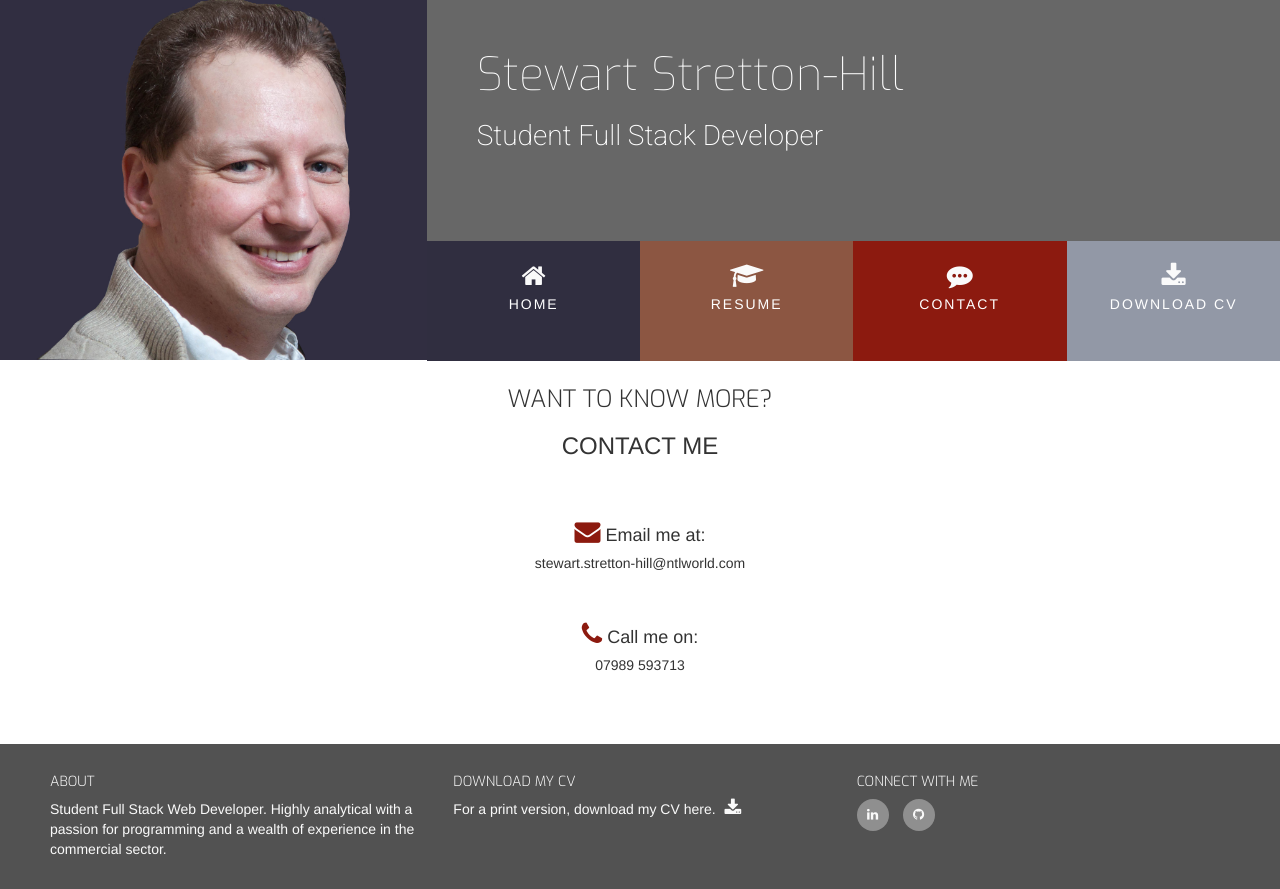
Repository: Shilldon/CV
Page: contact.html
The author's editor kept a record of every edit. The page is drawn from the files as they stood at one moment, then again after the next edit.
The browser window is 1280 px wide. The pictures show the whole page.

Above is the page before.

### contact.html
<!DOCTYPE html>
<html lang="en">

<head>
    <link rel="stylesheet" href="https://maxcdn.bootstrapcdn.com/bootstrap/3.3.7/css/bootstrap.min.css" type="text/css" />
    <link rel="stylesheet" href="https://stackpath.bootstrapcdn.com/font-awesome/4.7.0/css/font-awesome.min.css" type="text/css" />
    <link rel="stylesheet" href="https://cdnjs.cloudflare.com/ajax/libs/hover.css/2.3.1/css/hover-min.css" type="text/css" />
    <link rel="stylesheet" href="assets/css/style.css" type="text/css" />
    <meta name="viewport" content="width=device-width, initial-scale-1">
</head>

<body>
    <header class="container-fluid">
        <div class="row">
            <a href="index.html" alt="profile image">
                <div class="col-md-4 logo"></div>
            </a>
            <div class="col-md-8">
                <div class="row bg-color-name-title">
                    <div class="heading">
                        <h1 class="name">Stewart Stretton-Hill</h1>
                        <h2 class="title">Student Full Stack Developer</h2>
                    </div>
                </div>

                <div class="row">
                    <ul id="nav" class="list-inline clearfix">
                        <li class="col-xs-6 col-sm-3 ui-menu-color-home menuitem">
                            <a href="index.html" class="hvr-sweep-to-bottom"><i class="fa fa-home" aria-hidden="true"></i><span>Home</span></a>
                        </li>
                        <li class="col-xs-6 col-sm-3 ui-menu-color-resume menuitem">
                            <a href="resume.html" class="hvr-sweep-to-bottom"><i class="fa fa-graduation-cap" aria-hidden="true"></i><span>Resume</span></a>
                        </li>
                        <li class="col-xs-6 col-sm-3 ui-menu-color-contact menuitem">
                            <a href="#" class="hvr-sweep-to-bottom"><i class="fa fa-commenting" aria-hidden="true"></i><span>Contact</span></a>
                        </li>
                        <li class="col-xs-6 col-sm-3 ui-menu-color-download menuitem">
                            <a href="assets/cv/cv.pdf" target="_blank" class="hvr-sweep-to-bottom"><i class="fa fa-download" aria-hidden="true"></i><span>Download CV</span></a>
                        </li>
                    </ul>
                </div>
            </div>
        </div>
    </header>

    <section class="container-fluid">
        <div class="row bg-color-contact">
            <div>
                <h3 class="contact-heading uppercase text-center">Want to know more?</h3>
                <h3 class="uppercase text-center">Contact me</h3>
            </div>
            <div class="contact-details">
                <div class="row">
                    <div class="col-xs-10 col-xs-offset-1 text-center">

                        <h4><i class="three-reasons-icon fa fa-envelope" aria-hidden="true"></i> Email me at:</h4>
                        <h5>stewart.stretton-hill@ntlworld.com</h5>
                    </div>
                </div>
                <div class="row">
                    <div class="col-xs-10 col-xs-offset-1 text-center">

                        <h4><i class="three-reasons-icon fa fa-phone fa-2x" aria-hidden="true"></i> Call me on:</h4>
                        <h5>07989 593713</h5>
                    </div>
                </div>
            </div>
        </div>
    </section>

    <footer class="container-fluid">
        <div id="footer-details" class="row">
            <div class="col-sm-4">
                <h5 class="uppercase general-sub">About</h5>
                <p class="inline-block">
                    Student Full Stack Web Developer. Highly analytical with a passion for programming and a wealth of experience in the commercial sector.
                </p>
            </div>
            <div class="col-sm-4">
                <h5 class="uppercase general-sub">Download My CV</h5>
                <p class="inline-block">
                    For a print version, download my CV here.
                    <a href="assets/cv/cv.pdf" target="_blank" class="cv-pdf"><i class="fa fa-download" aria-hidden="true"></i></a>
                </p>
            </div>
            <div class="col-sm-4">
                <h5 class="uppercase general-sub">Connect with me</h5>
                <ul class="list-inline social-links">
                    <li><a target=".blank" href="https://www.linkedin.com/in/stewartstrettonhill/"><i class="fa fa-linkedin"></i></a></li>
                    <li><a target="_blank" href="https://github.com/Shilldon/"><i class="fa fa-github" aria-hidden="true"></i></i></a></li>
                </ul>
            </div>
        </div>

    </footer>
</body>

</html>

### assets/css/style.css
@import url('https://fonts.googleapis.com/css?family=Roboto:100,200,300,400,500,600,700|Exo:100,200,300,400,500,600,700');

/*-------------------------------------------Colors*/

.bg-color-name-title {
    background-color: #676767;
}

.bg-color-three-reasons {
    background-color: #ffffff;
}

.bg-color-personal-info {
    background-color: #f4f4f4;
}

.bg-color-work-history {
    background-color: rgb(29, 28, 38);
}

.bg-color-contact {
    background-color: #ffffff;
}

.ui-menu-color-home {
    background-color: #302E40;
}

.ui-menu-color-resume {
    background-color: #8C5642;
}

.ui-menu-color-contact {
    background-color: #8C1A0F;
}

.ui-menu-color-download {
    background-color: #9298A6;
}


/*-------------------------------------------Special Padding/Margins/Text*/

h1,
h2,
h3,
h4 {
    margin: 0;
}

.uppercase {
    text-transform: uppercase;
}

.general-sub {
    font-family: "Exo", sans-serif;
    font-weight: 300;
    color: #fafafa;
}

.inline-block {
    display: inline-block;
}

.row-table {
    display: table;
}

.history-heading,
.section-heading {
    font-family: "Exo", sans-serif;
    font-weight: 300;
    margin-top: 25px;
    margin-bottom: 40px;
}

/*-------------------------------------------Heading*/

header {
    margin: 0;
}

.heading {
    margin-left: 50px;
}

.logo {
    background: url("../images/headshot.jpg");
    background-position: center;
    background-repeat: no-repeat;
    background-size: cover;
    min-height: 360px;
    transition: all .5s ease-in-out;
    -moz-transition: all .5s ease-in-out;
    -webkit-transition: all .5s ease-in-out;
}

.name {
    font-family: "Exo", sans-serif;
    font-weight: 100;
    font-size: 46px;
    margin-top: 50px;
    color: #ffffff;
}

.title {
    font-family: "Roboto", sans-serif;
    font-weight: 200;
    font-size: 28px;
    margin-top: 20px;
    margin-bottom: 90px;
    color: #ffffff;
}

#nav {
    margin: 0;
}

#nav li {
    padding: 0;
}

.menuitem {
    height: 120px;
    text-align: center;
    padding: 0;
}

.menuitem a {
    width: 100%;
    text-decoration: none;
    color: #ffffff;
    height: 120px;
}

.menuitem a i {
    padding-top: 22px;
    display: block;
    color: #fafafa;
    font-size: 26px;
}

.menuitem span {
    display: block;
    width: 100%;
    padding-top: 5px;
    text-align: center;
    text-transform: uppercase;
    font-size: 14px;
    font-weight: 300;
    letter-spacing: 2px;
}

/*-------------------------------------------Hover.css*/

.hvr-sweep-to-bottom:before {
    background: rgba(0, 0, 0, 0.2);
    height: 120px;
}


/*-------------------------------------------Footer*/

footer {
    background-color: #525252;
    color: #fafafa;
    min-height: 120px;
    margin: 0;
}

footer .cv-pdf i {
    color: #fafafa;
    text-align: center;
    font-size: 18px;
    padding-left: 5px;
}

footer .cv-pdf i:hover {
    color: #e84610;
    transition: all 0.35s ease-in-out;
    -moz-transition: all 0.35s ease-in-out;
    -webkit-transition: all 0.35s ease-in-out;
    -o-transition: all 0.35s ease-in-out;
}

.social-links {
    padding-bottom: 15px;
}

.social-links li a i {
    width: 32px;
    height: 32px;
    padding: 12px 0;
    border-radius: 50%;
    font-size: 13px;
    line-height: 7px;
    text-align: center;
    color: #fafafa;
    background: #8f8f8f;
    transition: all 0.35s ease-in-out;
    -moz-transition: all 0.35s ease-in-out;
    -webkit-transition: all 0.35s ease-in-out;
    -o-transition: all 0.35s ease-in-out;

}

.social-links li a i:hover {
    background: #8C1A0F;

}

#footer-details {
    margin: 20px;
}


/*-------------------------------------------Three Reasons*/

.three-reasons-icon {
    font-size: 26px;
    color: #8C1A0F;

}

.three-reasons-heading {
    margin-bottom: 15px;

}


/*-------------------------------------------Personal Info*/

.personal-info-item {
    margin-bottom: 20px;
    display: block;
    clear: both;

}

.personal-info-item .key,
.personal-info-item .value {
    padding-right: 8px;
}

.personal-info-item .key p,
.personal-info-item .value p {
    margin: 0;
}

.personal-info-item .key {
    display: inline-block;
    width: 30%;
    margin-right: 21px;
    padding-top: 2px;
    vertical-align: top;
}

.personal-info-item .key p {
    font-weight: 700;
}

.personal-info-item .value {
    display: inline-block;
    position: relative;
    width: 60%;
}

/*-------------------------------------------Skills*/

.progress {
    position: relative;
    height: 25px;
}

.progress-type {
    position: absolute;
    /*so text will sit on the progress bar */
    left: 0px;
    font-weight: 400;
    padding: 3px 30px 2px 10px;
    color: #fafafa;
    background-color: rgba(25, 25, 25, 0.2);
}

.progress-section {
    margin: 40px 20px;
}

/*-------------------------------------------Work History*/

.timeline-item {
    padding: 4em 2em 0em 2em;
    position: relative;
    color: #fafafa;
    border-left: 1px solid;
}

.timeline-item p {
    padding: 0;
    margin: 0;

}



.timeline-item::before {
    /*before is a pseudo element */
    content: attr(dates);
    /*search for attribute called dates and display value assocaited with that dates key */
    /*content - i.e. put in whatever the value of content is */
    position: absolute;
    left: 2.5em;
    top: 3em;
    display: block;
    font-family: "Exo", sans-serif;
    font-weight: 500;
    font-size: 0.8em;
    padding: 0;
    margin: 0;

}

.timeline-item::after {
    width: 12px;
    height: 12px;
    display: block;
    top: 2.4em;
    position: absolute;
    left: -6px;
    border-radius: 12px;
    content: '';
    background: #fafafa;
}


.history-heading {
    color: #fafafa;
    margin-bottom: 50px;
}

.history-items {
    margin-bottom: 30px;
}

/*-------------------------------------------Contact*/

.contact-heading {
    font-family: "Exo", sans-serif;
    font-weight: 300;
    margin-top: 25px;
    margin-bottom: 20px;
}
/*
.center-form {
    padding-top: 10px;
    margin: 0 auto;
    max-width: 70%;
}

button[type="submit"] {
    margin-top: 15px;
    margin-bottom: 20px;
    background-color: #e84610;
    color: #fafafa;
}
*/
.contact-details {
    padding:40px;
}
.contact-details .row {
    padding:20px 20px;
}
/*-------------------------------------------Media Queries*/

@media(min-width: 992px) {
    .section-column {
        padding: 0 30px 30px;
        float: none;
        display: table-cell;
    }

    .center-form {
        padding-top: 30px;
        min-height: 240px;
        margin: 0 auto;
        max-width: 50%;
    }
}

After the next edit:
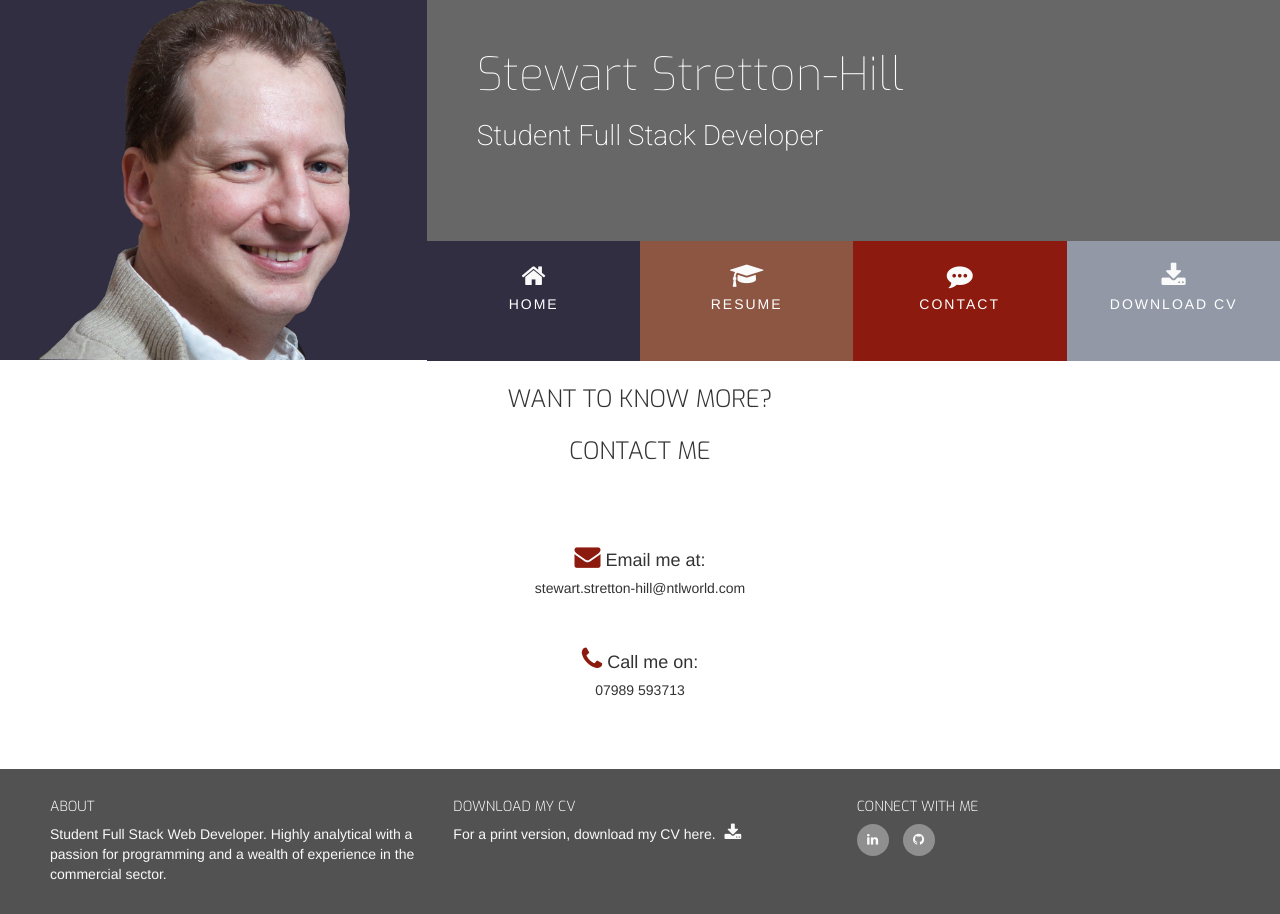
The edit:
--- a/contact.html
+++ b/contact.html
@@ -47,7 +47,7 @@
         <div class="row bg-color-contact">
             <div>
                 <h3 class="contact-heading uppercase text-center">Want to know more?</h3>
-                <h3 class="uppercase text-center">Contact me</h3>
+                <h3 class="contact-heading uppercase text-center">Contact me</h3>
             </div>
             <div class="contact-details">
                 <div class="row">
